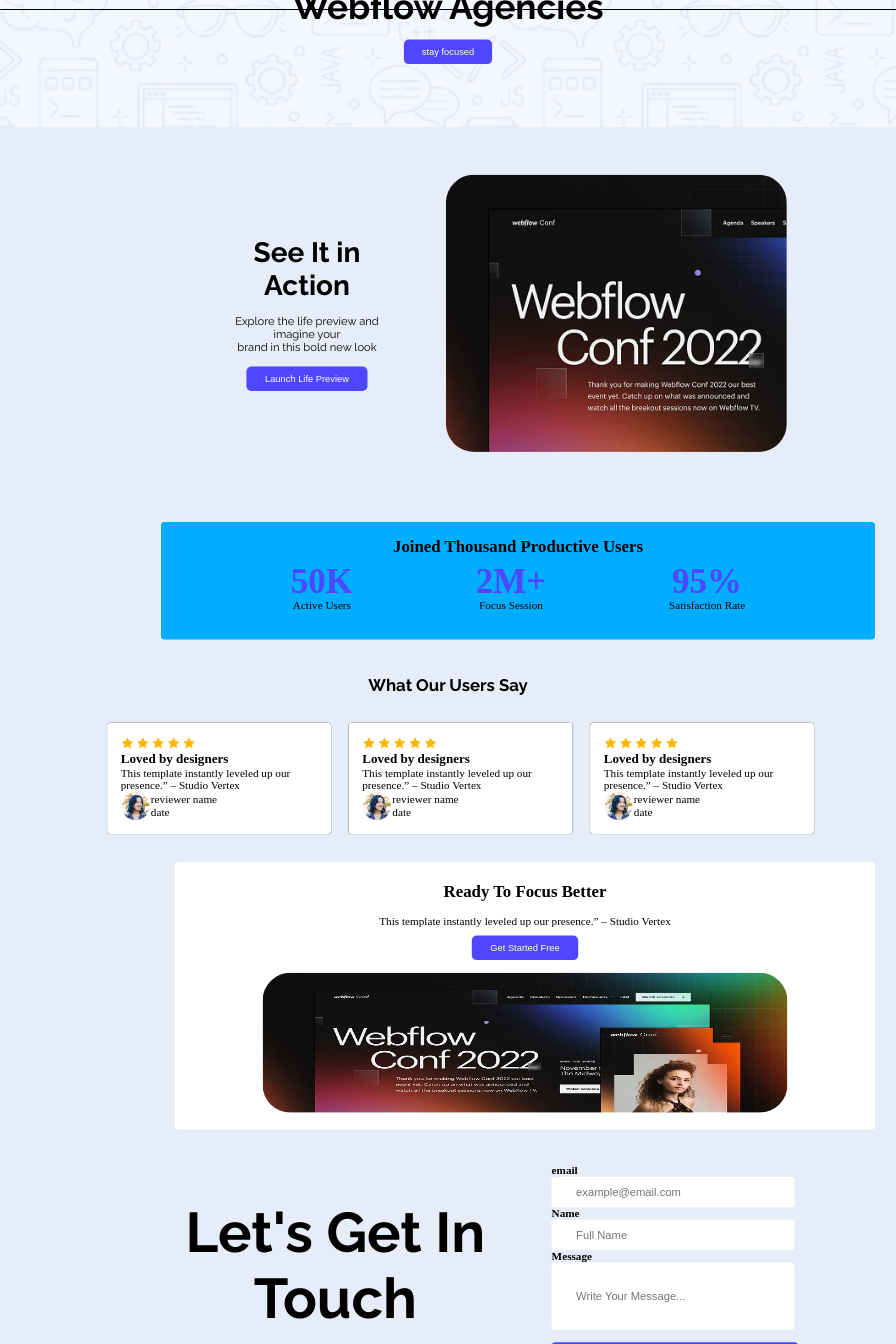
Repository: dollyrakhe22/landing-launchpad
Page: index.html
The author's editor kept a copy of each file at every save. The page is drawn from the files as they stood at one save, then again after the next save.
The browser window is 1280 px wide. The pictures show the part of the page from y = 351 to 2271 px (the page is 2641 px tall before and 2729 px after), at 70% of full size.

Above is the page before, as saved 2025-07-11 12:57:30.

After the next save:
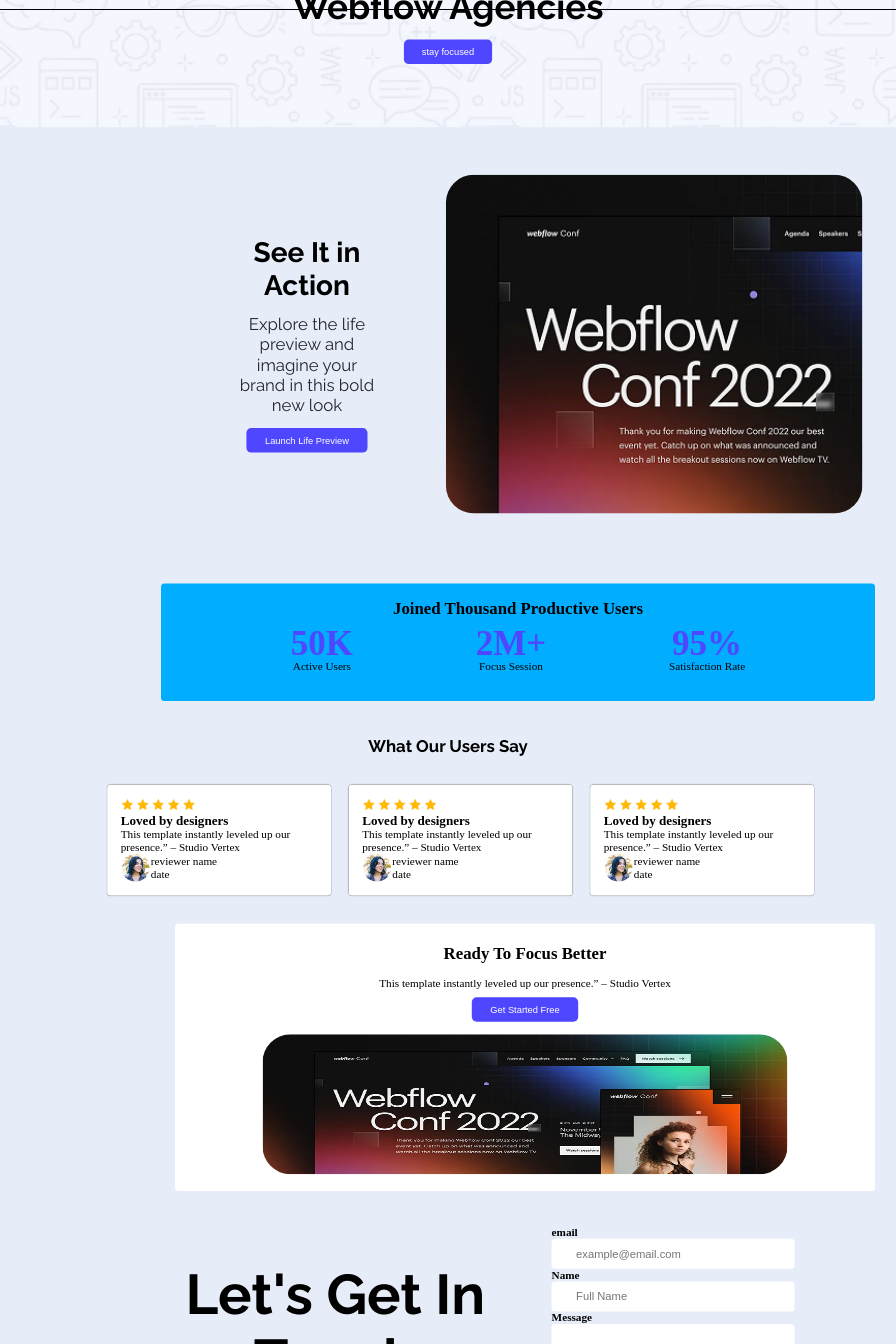
Saved 101 s later.
--- a/style.css
+++ b/style.css
@@ -79,7 +79,8 @@
     font-size: 40px;
 }
 .section-1  p{
-
+    color:#252432;
+    font-size: 24px;
 }
 .section-1 img{
     border-radius: 40px;

After the save that followed:
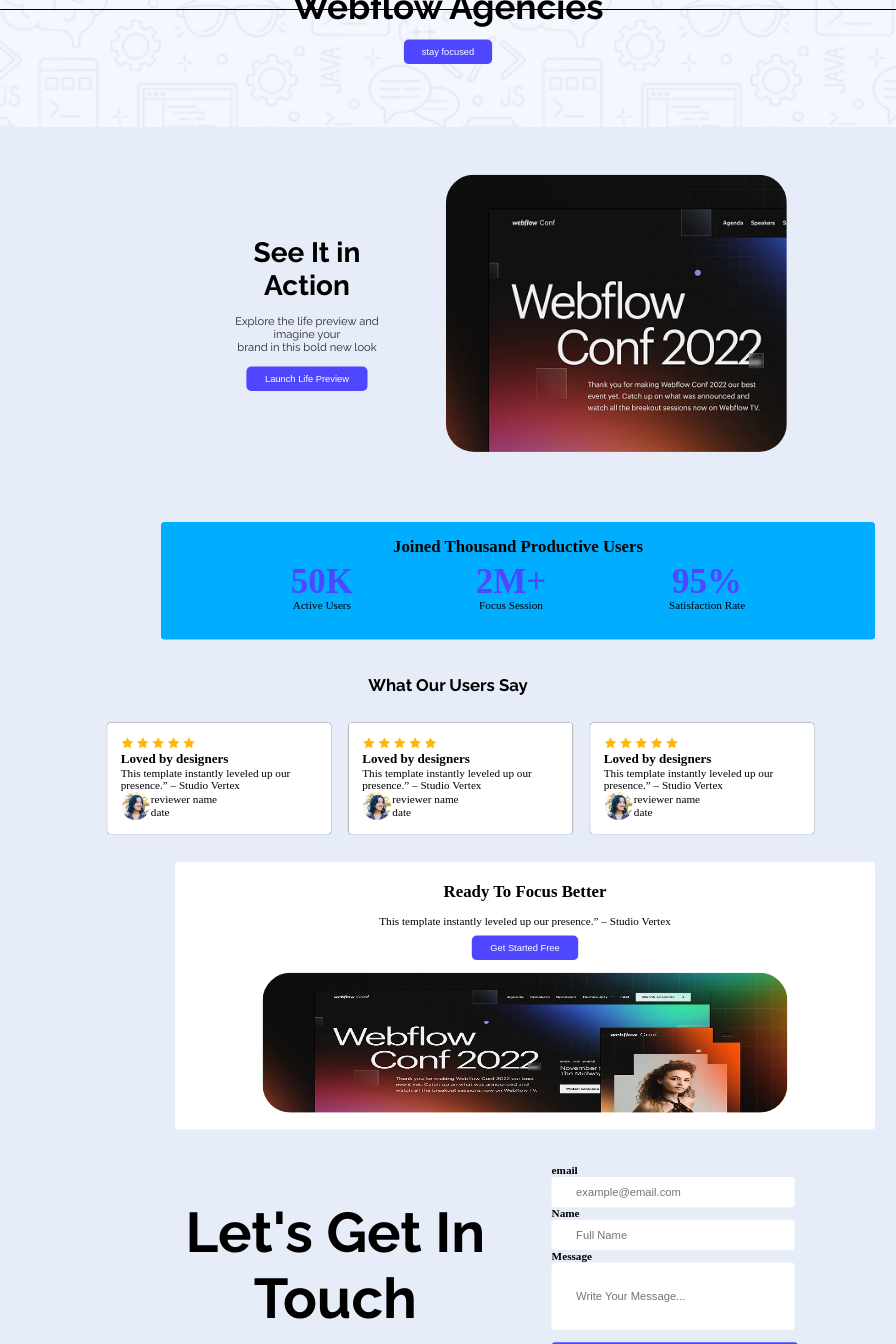
Saved 24 s later.
--- a/style.css
+++ b/style.css
@@ -80,7 +80,7 @@
 }
 .section-1  p{
     color:#252432;
-    font-size: 24px;
+    font-size: px;
 }
 .section-1 img{
     border-radius: 40px;
